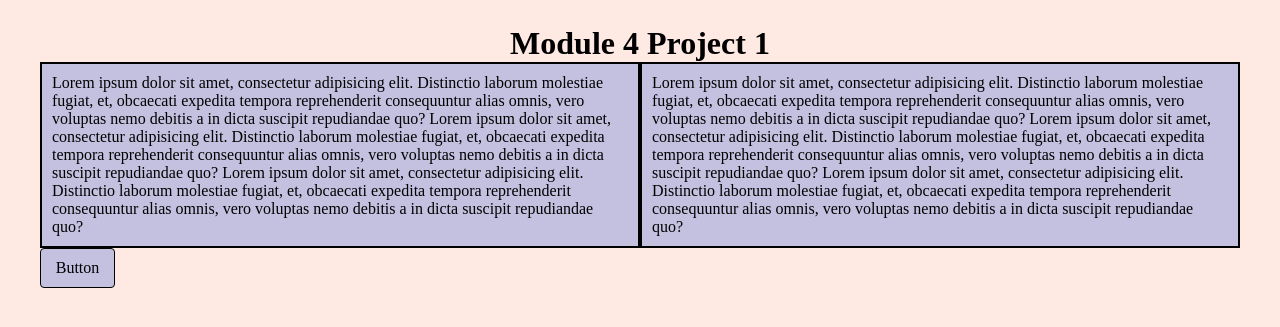
Repository: mlmEFSC21/P6-External-Style-Sheet
Page: index.html
An editor plug-in stored every save of this project. The page is shown before and after the next save, followed by the edit.
The browser window is 1280 px wide. The pictures show the whole page.

Above is the page before, as saved 2022-02-09 20:54:36.

After the next save:
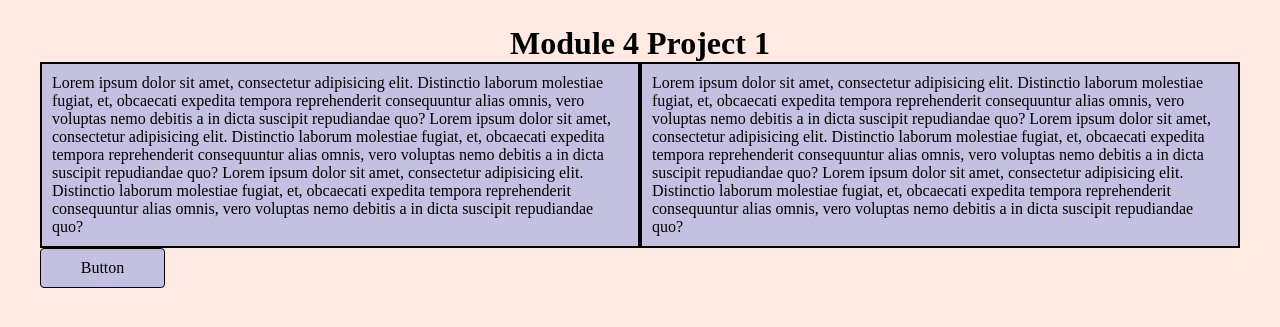
Saved 15 s later.
--- a/Styles.css
+++ b/Styles.css
@@ -39,7 +39,7 @@ p {
     border: 1px solid black;
     border-radius: 4px;
     padding: 10px;
-    width: 75px;
+    width: 125px;
     background-color: var(--clr-buttonBG);
     color: var(--clr-button);
     text-align: center;
